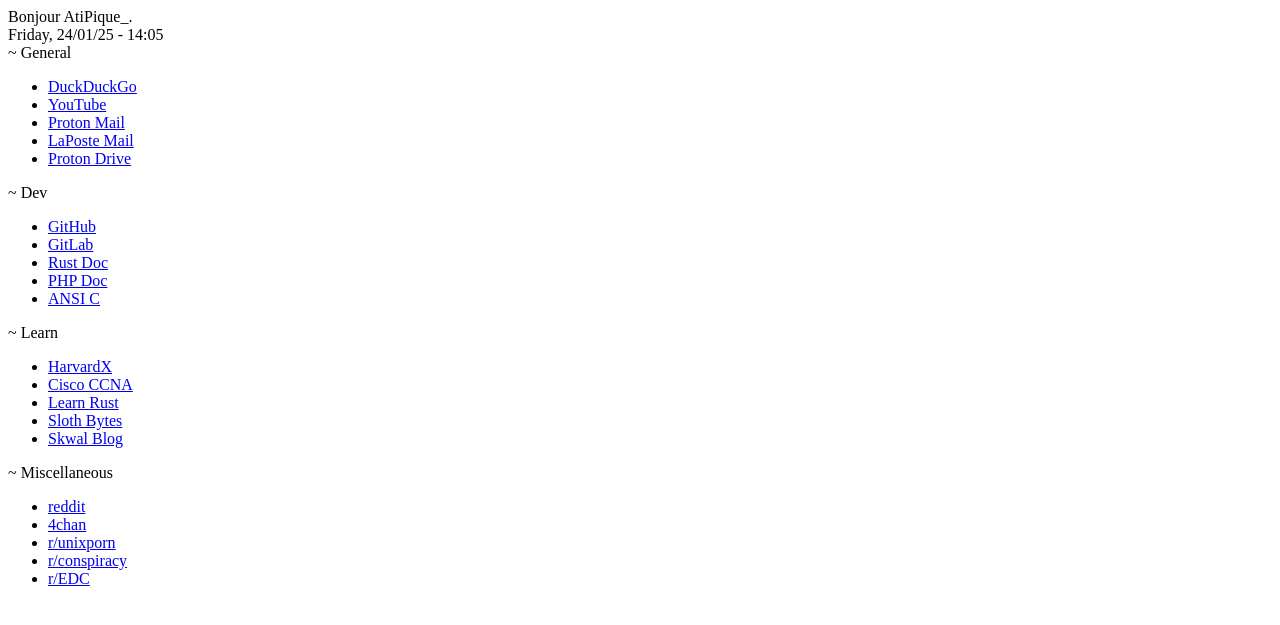
Repository: AtiPiquee/HyprDots
Page: Dev/mystartpage/index.html
The author's editor kept a copy of each file at every save. The page is drawn from the files as they stood at one save, then again after the next save.
The browser window is 1280 px wide. The pictures show the whole page.
Some web fonts or font styles are not loaded; a fallback is used.

Above is the page before, as saved 2025-02-14 03:51:05.

After the next save:
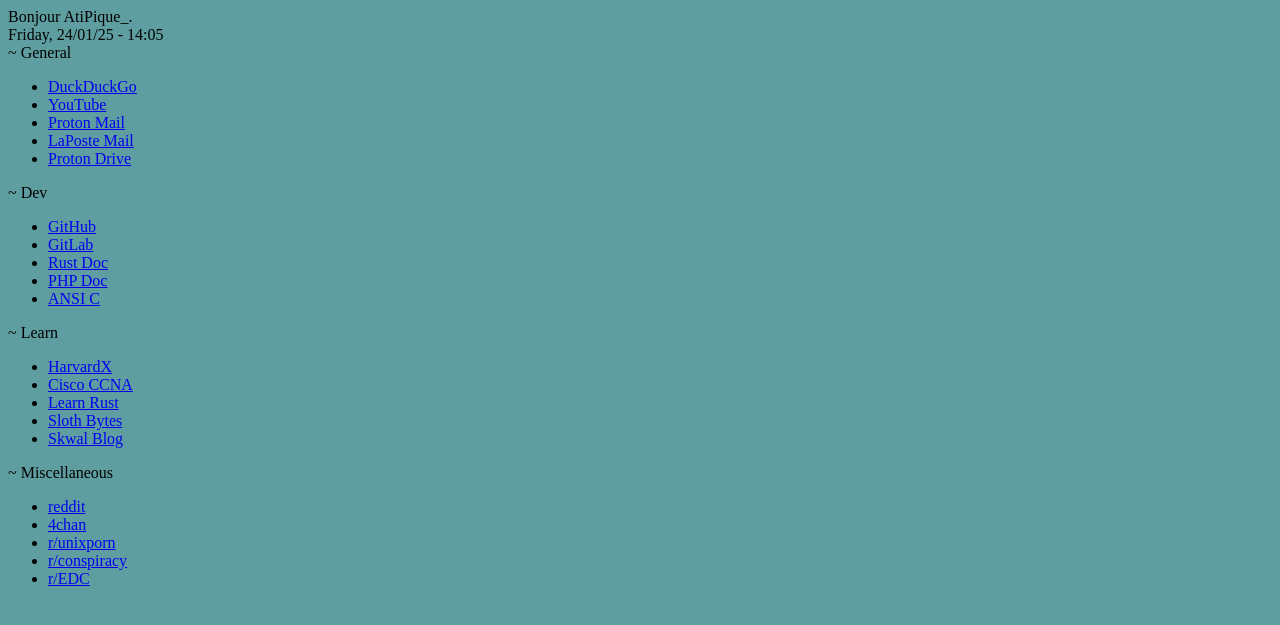
Saved 22 s later.
--- a/Dev/mystartpage/assets/css/style.css
+++ b/Dev/mystartpage/assets/css/style.css
@@ -6,3 +6,7 @@
       url(../fonts/SpaceMonoNF.woff2) format("woff2"),
       url(../fonts/SpaceMonoNF.woff) format("woff");
   }
+
+* {
+    background-color: cadetblue;
+}

After the save that followed:
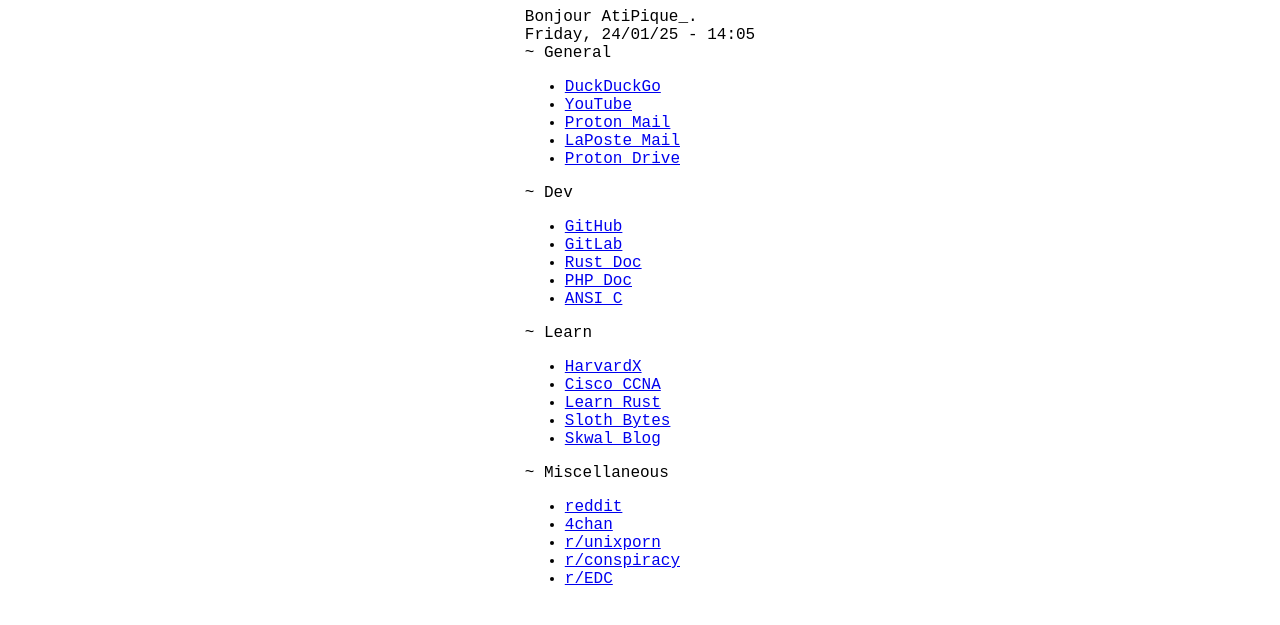
Saved 43 s later.
--- a/Dev/mystartpage/assets/css/style.css
+++ b/Dev/mystartpage/assets/css/style.css
@@ -7,6 +7,12 @@
       url(../fonts/SpaceMonoNF.woff) format("woff");
   }
 
-* {
-    background-color: cadetblue;
-}
+  body {
+    display: flex;
+    color: var(--text-color);
+    font-family:
+      SpaceMono Nerd Font,
+      monospace;
+    justify-content: center;
+    align-items: center;
+  }
